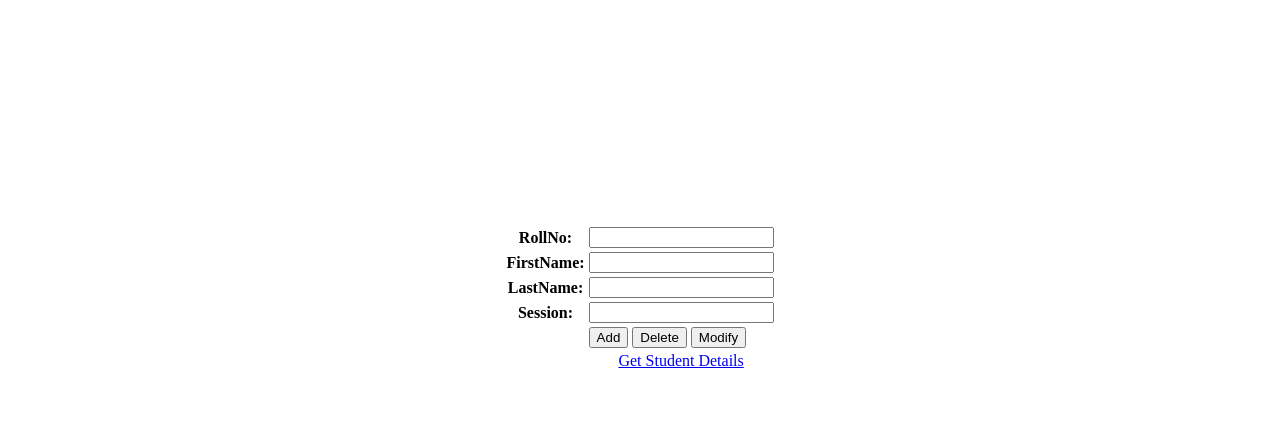
Repository: TraptiBhagat/AdvanceJava
Page: http://localhost/Student_Proj/StudentView.jsp
These files come from the project's save history. The page is drawn as it stood at one moment and after the next save; the edit follows.
The browser window is 1280 px wide. The pictures show the whole page.
The page is served by Tomcat 9. Other server files are loaded and not shown.

Above is the page before, as saved 2022-03-25 12:36:45.

### Advance workspace/Student_Proj/src/main/webapp/StudentView.jsp
<%@ page language="java" contentType="text/html; charset=ISO-8859-1"
	pageEncoding="ISO-8859-1"%>
<!DOCTYPE html>
<html>
<head>
<meta charset="ISO-8859-1">
<title>Student Form</title>
</head>
<body>
	<form action="student" method="post">
		<br> <br> <br> <br> <br> <br> <br>
		<br> <br> <br> <br> <br>
		<table align="center">
			<tr>
				<th>RollNo:</th>
				<td><input type="text" name="rollNo"></td>
			</tr>
			<tr>
				<th>FirstName:</th>
				<td><input type="text" name="firstName"></td>
			</tr>
			<tr>
				<th>LastName:</th>
				<td><input type="text" name="lastName"></td>
			</tr>
			<tr>
				<th>Session:</th>
				<td><input type="text" name="session"></td>
			</tr>
			<tr>
				<th></th>
				<td><input type="submit" value="Add" name="operation">
					<input type="submit" value="Delete" name="operation"> <input
					type="submit" value="Modify" name="operation"></td>
			</tr>
			<tr>
				<th></th>
				<td>
					<center>
						<a href="GetStudentView.jsp">Get Student Details</a>
					</center>
				</td>
			</tr>

		</table>

	</form>
</body>
</html>

After the next save:
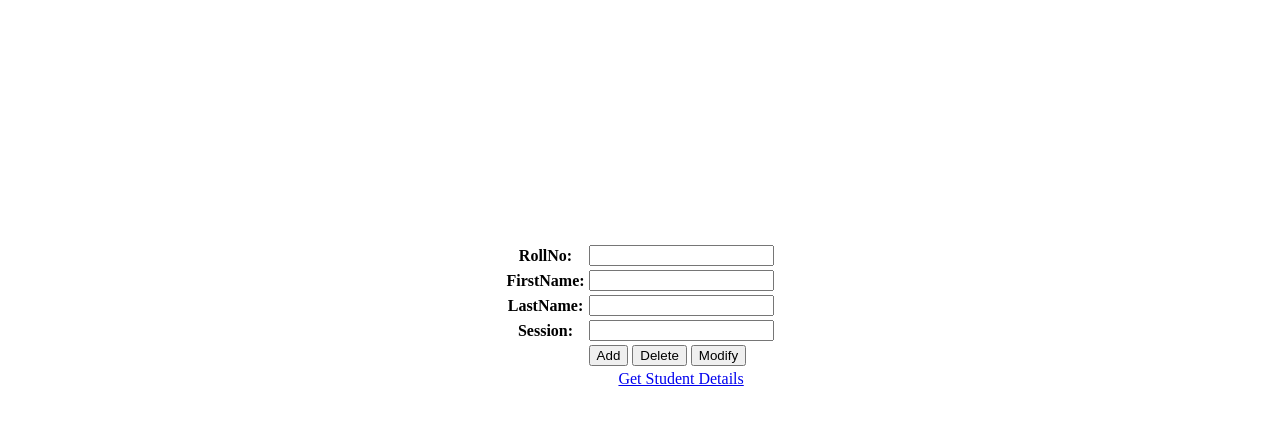
Saved 38 s later.
--- a/Advance workspace/Student_Proj/src/main/webapp/StudentView.jsp
+++ b/Advance workspace/Student_Proj/src/main/webapp/StudentView.jsp
@@ -31,7 +31,7 @@
 				<th></th>
 				<td><input type="submit" value="Add" name="operation">
 					<input type="submit" value="Delete" name="operation"> <input
-					type="submit" value="Modify" name="operation"></td>
+					type="submit" value="Modify" name="operation"></td><br>
 			</tr>
 			<tr>
 				<th></th>
